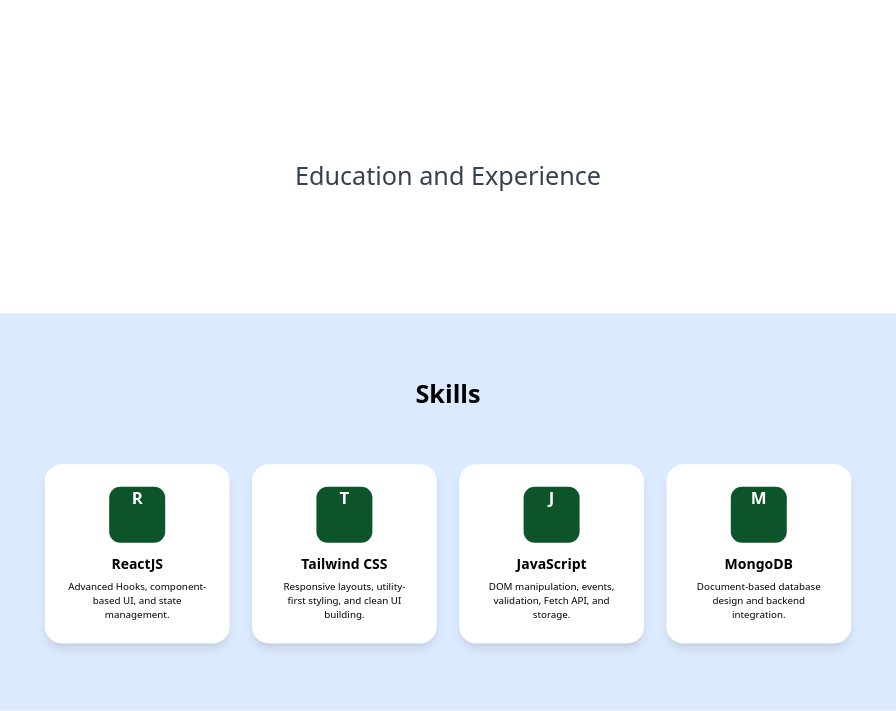
Repository: Rhaashee/myProfile
Page: index.html
An editor plug-in stored every save of this project. The page is shown before and after a run of saves, followed by the edit.
The browser window is 1280 px wide. The pictures show the part of the page from y = 1135 to 3055 px (the page is 2151 px tall before and 1895 px after), at 70% of full size.

Above is the page before, as saved 2026-04-27 16:38:33.
Console error: TypeError: Cannot read properties of null (reading 'style')

### index.html
<!-- MERN_Stu_FebMay26Mys\W4\D5\portfolio-project\index.html -->
<!DOCTYPE html>
<html lang="en">

<head>
    <meta charset="UTF-8">
    <meta name="viewport" content="width=device-width, initial-scale=1.0">

    <title>Week 3 & 4 Portfolio Project</title>

    <script src="https://cdn.jsdelivr.net/npm/@tailwindcss/browser@4"></script>

    <link rel="stylesheet" href="css/custom.css">

</head>

<body>
    <!-- HERO SECTION -->

    <section
        class="min-h-screen flex flex-col lg:flex-row lg:items-center lg:justify-between px-8 lg:px-16 py-20 gap-12 lg:gap-20">

        <div class="order-2 lg:order-1 flex-1 lg:max-w-lg text-center lg:text-left">

            <h1 class="text-5xl mb-6">Raashee L</h1>

            <p class="text-xl lg:text-2xl text-slate-600 font-bold mb-10 max-w-md mx-auto lg:mx-0">
                Full-Stack developer | MERN enthusiast | Competitive Programmer
            </p>

            <div
                class="flex flex-col sm:flex-row gap-4 justify-center lg:justify-start items-center lg:items-start mb-8">

                <a href="#projects" class="bg-red-400 hover:bg-green-500 px-10 py-4 rounded shadow-xl">
                    View Projects
                </a>

                <a href="#resume" class="bg-blue-400 hover:bg-green-500 px-10 py-4 rounded shadow-xl">
                    Download Resume
                </a>

            </div>

            <div class="flex flex-wrap gap-6 justify-center lg:justify-start text-sm font-bold">

                <span>100+ Github commits</span>
                <span>50 LeetCode Questions Solved</span>
                <span>1 live projects completed</span>

            </div>

        </div>

        <div class="order-1 lg:order-2 w-full lg:w-96 max-w-sm mx-auto lg:mx-0">

            <img src="assets/images/img.jpg" alt="My photo"
                class="aspect-square w-full rounded shadow-lg mx-auto lg:mx-0 hover:ring-blue-500 transition-all duration-300 hover:scale-[1.02]"
                loading="lazy">

        </div>

    </section>

    <!-- NAVBAR -->

    <nav class="sticky top-0 z-50 bg-white/95 backdrop-blur-md border-b shadow-lg">

        <div class="max-w-7xl mx-auto px-6 py-4 flex items-center justify-between">

            <a href="#"
                class="text-2xl font-bold bg-clip-text bg-gradient-to-r from-red-400 to-slate-700 text-transparent">
                RKR
            </a>

            <ul class="hidden md:flex items-center gap-10">

                <li><a href="#projects" class="text-lg font-bold hover:text-blue-600">Projects</a></li>

                <li><a href="#experience" class="text-lg font-bold hover:text-blue-600">Experience</a></li>

                <li><a href="#skills" class="text-lg font-bold hover:text-blue-600">Skills</a></li>

            </ul>
            <button id="theme-toggle" class="bg-blue-200 px-4 py-2 rounded font-bold">Theme</button>
            <a href="#contact" class="bg-red-400 hover:bg-green-500 rounded transition-all duration-300 px-8 py-3">
                Let's talk
            </a>

        </div>

    </nav>

    <!-- PROJECTS -->

    <section id="projects" class="py-24 px-8 lg:px-16">

        <div class="max-w-7xl mx-auto">

            <div class="text-center mb-10">

                <h2 class="text-4xl lg:text-5xl mb-6">My Projects</h2>

                <p class="text-xl max-w-2xl mx-auto">
                    Enterprise scale full-stack applications built with modern frameworks
                </p>

            </div>

            <!-- Project Search (Feature will attach here) -->

            <div class="mb-10 text-center">

                <input id="project-search" type="text" placeholder="Search projects..."
                    class="border rounded px-6 py-3 w-full max-w-md">

            </div>

            <!-- Project Filter Bar -->

            <div id="project-filters" class="flex flex-wrap justify-center gap-4 mb-12">
            </div>

            <!-- Dynamic container for projects -->

            <div id="projects-container" class="grid grid-cols-1 md:grid-cols-2 lg:grid-cols-3 gap-8">
            </div>

        </div>

    </section>

    <!-- EXPERIENCE -->

    <section id="experience" class="py-24 px-8 lg:px-16">

        <div class="max-w-4xl mx-auto">

            <h2 class="text-4xl text-gray-700 text-center mb-20">
                Education and Experience
            </h2>

            <!-- existing experience cards remain unchanged -->

        </div>

    </section>

    <!-- SKILLS -->

    <section id="skills" class="py-24 px-8 lg:px-16 bg-blue-100">

        <div class="max-w-7xl mx-auto">

            <h2 class="text-4xl text-center font-bold mb-20">
                Skills
            </h2>

            <!-- Dynamic Skills Container -->

            <div id="skills-container" class="grid grid-cols-1 md:grid-cols-2 lg:grid-cols-4 gap-8">
            </div>

        </div>

    </section>

    <!-- CONTACT MODAL -->

    <button id="modal-trigger"
        class="fixed bottom-8 right-8 w-16 h-16 bg-blue-900 text-white rounded-full shadow-2xl flex items-center justify-center text-2xl font-bold">
        ☏
    </button>

    <div id="contact-modal" class="fixed inset-0 z-50 hidden bg-black/50 backdrop-blur-md">

        <div class="flex items-center justify-center min-h-screen p-4">

            <div id="modal-content"
                class="bg-white w-full max-w-md rounded-2xl shadow-2xl scale-95 opacity-0 transition-all duration-300">

                <div class="sticky top-0 border-b p-8 pt-12 bg-white">

                    <h3 class="text-2xl font-bold">Contact Me</h3>

                    <button id="modal-close" class="absolute top-6 right-6 text-2xl font-bold">
                        ×
                    </button>

                </div>

                <form id="contact-form" class="p-8 space-y-4">

                    <input id="contact-name" type="text" placeholder="Your name"
                        class="w-full border rounded px-4 py-3">

                    <input id="contact-email" type="email" placeholder="email@website.com"
                        class="w-full border rounded px-4 py-3">

                    <p id="form-message" class="text-sm text-red-500"></p>

                    <div class="flex flex-col sm:flex-row gap-4 pt-4">

                        <button type="button" id="form-cancel" class="flex-1 font-bold py-4 px-6">
                            Cancel
                        </button>

                        <button type="submit" class="flex-1 font-bold py-4 px-6">
                            Submit
                        </button>

                    </div>

                </form>

            </div>

        </div>

    </div>
    <!-- SWIPE TO HOME BUTTON -->

    <button id="home-swiper"
        class="fixed bottom-8 left-8 bg-pink-200 text-white px-5 py-3 rounded-full shadow-xl hover:bg-blue-600 transition">
        Back to Home
    </button>
    <!-- MAIN JS ENTRY-->

    <script src="js/data/projects.js"></script>
    <script src="js/data/skills.js"></script>
    <script src="js/features/skills-render.js"></script>
    <script src="js/features/modal.js"></script>
    <script src="js/features/contact-validation.js"></script>
    <script src="js/features/theme-toggle.js"></script>
    <script src="js/features/project-search.js"></script>
    <script src="js/features/project-filter.js"></script>
    <script src="js/main.js"></script>
    <script src="js/features/BackToTop.js"></script>



</body>

</html>

### css/custom.css
.dark-mode{
    background-color: black;
    color: white;
}
.dark-mode nav{
    background-color: rgb(178, 173, 173);
    color: white;
}
.dark-mode section{
    background-color: rgb(0, 0, 0);
    color: white;
}
.dark-mode .bg-blue-100{
    background-color: rgb(235, 236, 240);
    color: rgb(153, 145, 145);
}
.dark-mode .bg-white{
    background-color: rgb(0, 0, 0);
}
.dark-mode .text-gray-700{
    color: white;
}

### js/data/projects.js
const projectsData = [
  {
    id: 1,
    name: "Virtual Herbal Garden – AYUSH Soap Products",
    category: "Web Development",
    description:
      "Designed an interactive platform for exploring herbal plants and their uses in AYUSH soap products, providing detailed plant and product information.",
    technologies: ["Python", "HTML", "CSS"],
    status: "Completed",
    liveDemo: "#",
    github: "#"
  },
  {
    id: 2,
    name: "AI-Integrated Feedback System for Teachers (Prototype)",
    category: "AI / NLP",
    description:
      "Built a prototype to automate student feedback collection and analysis using NLP techniques, enabling structured insights from textual responses.",
    technologies: ["Python", "Flask", "NLP"],
    status: "Prototype",
    liveDemo: "#",
    github: "#"
  },
  {
    id: 3,
    name: "Portfolio Website",
    category: "Frontend",
    description:
      "Responsive personal portfolio website showcasing projects, skills, and contact information.",
    technologies: ["HTML", "Tailwind CSS", "JavaScript"],
    status: "Live",
    liveDemo: "#",
    github: "#"
  },
  {
    id: 4,
    name: "Developer Stats Dashboard",
    category: "JavaScript",
    description:
      "Dynamic dashboard that loads developer statistics and profile insights using Fetch API.",
    technologies: ["JavaScript", "Fetch API", "JSON"],
    status: "Demo",
    liveDemo: "#",
    github: "#"
  }, {

    id: 5,
    name: "Land Leasing Platform for Farmers (Ongoing)",
    category: "Web Development",
    description:
      "Developing a web-based platform for secure land leasing with buyer and seller authentication, enabling transparent and efficient transactions.",
    technologies: ["HTML", "CSS", "JavaScript", "MySQL"],
    status: "Ongoing",
    liveDemo: "#",
    github: "#"
  }

];

### js/data/skills.js

const skillsData = [
  {
    id: 1,
    name: "ReactJS",
    shortLabel: "R",
    description: "Advanced Hooks, component-based UI, and state management."
  },
  {
    id: 2,
    name: "Tailwind CSS",
    shortLabel: "T",
    description: "Responsive layouts, utility-first styling, and clean UI building."
  },
  {
    id: 3,
    name: "JavaScript",
    shortLabel: "J",
    description: "DOM manipulation, events, validation, Fetch API, and storage."
  },
  {
    id: 4,
    name: "MongoDB",
    shortLabel: "M",
    description: "Document-based database design and backend integration."
  }
];

### js/features/skills-render.js
function renderSkills(){
    const skillsContainer = document.getElementById("skills-container");

    if(!skillsContainer){
        console.log("Skills Contianer not found");
        return;
    }
    skillsContainer.innerHTML = "";
    skillsData.forEach(function(skill){
        // to create outer card
        const card = document.createElement("div");
        card.className = "p-8 text-center bg-white rounded-3xl shadow-lg";

        // create icon
        const iconBox = document.createElement("div");
        iconBox.className = "w-20 h-20 mx-auto mb-4 bg-green-900 rounded-2xl flex item-center justify-center";

        // create icon
        const iconText = document.createElement("span");
        iconText.className = "text-2xl text-white font-bold"
        iconText.textContent = skill.shortLabel;

        // Put iconText inside iconBox
        iconBox.appendChild(iconText);

        // create a skill name
        const skillsName = document.createElement("h3");
        skillsName.className = "text-xl font-bold mb-2";
        skillsName.textContent = skill.name;

        // create skill description
        const skillDescription = document.createElement("p");
        skillDescription.className = "text-sm";
        skillDescription.textContent = skill.description;

        // append all child elements to card
        card.appendChild(iconBox);
        card.appendChild(skillsName);
        card.appendChild(skillDescription);

        // append card to skills container
        skillsContainer.appendChild(card);
    });
    console.log("Skills rendered successfully");
}

### js/features/modal.js
function initModal(){
    const modal = document.getElementById("contact-modal");
    const modalContent = document.getElementById("modal-content");
    const modalTrigger = document.getElementById("modal-trigger");
    const modalClose = document.getElementById("modal-close");
    const formCancel = document.getElementById("form-cancel");

    if(!modal || !modalContent || !modalTrigger || !modalClose || !formCancel){
        console.log("Modal element not found");
        return;
    }
    function openModal(){
        modal.classList.remove("hidden");

        setTimeout(function(){
            modalContent.classList.remove("scale-95","opacity-0");
        },10);
    }
    function closeModal(){
        modalContent.classList.add("scale-95","opacity-0");
        setTimeout(function(){
            modal.classList.add("hidden");
        },200);
    }
    modalTrigger.addEventListener("click",openModal);
    modalClose.addEventListener("click",closeModal);
    formCancel.addEventListener("click",closeModal);

    //close when clicking on backdrop
    modal.addEventListener("click",function(event){
        if(event.target === modal){
            closeModal();
        }
    });
    console.log("Modal opened successfully");
}

### js/features/contact-validation.js
function initContactValidation(){
    const contactModal = document.getElementById("contact-modal");
    const contactForm = document.getElementById("contact-form");
    const contactName = document.getElementById("contact-name");
    const contactEmail = document.getElementById("contact-email");
    const formMessage = document.getElementById("form-message");

    if(!contactModal || !contactForm || !contactName || !contactEmail || !formMessage){
        console.log("Contact form elements not found");
        return;
    }

    contactForm.addEventListener("submit",function(event){
        event.preventDefault();

        const name = contactName.value.trim();
        const email = contactEmail.value.trim();

        formMessage.textContent = "";
        formMessage.className = "text-sm";

        // Name validation
        if(name === ""){
            formMessage.textContent = "Name is required";
            formMessage.classList.add("text-red-500");
            contactName.focus();
            return;
        }
        if(name.length < 5){
            formMessage.textContent = "Name must be atleast 5 chars"
            formMessage.classList.add("text-red-500");
            contactName.focus();
            return;
        }
        // Email Validation
        if(email === ""){
            formMessage.textContent = "Email is required";
            formMessage.classList.add("text-red-500");
            contactEmail.focus();
            return;
        }
        const emailPattern = /^[^\s@]+@[^\s@]+\.[^\s@]+$/;

        if(!emailPattern.test(email)){
            formMessage.textContent = "Enter valid email";
            formMessage.classList.add("text-red-500");
            contactEmail.focus();
            return;
        }

        formMessage.textContent = "Meassage Submitted Sucessfully";
        formMessage.classList.add("text-green-600");
        console.log("Valid credentials : ",{name:name,email:email});
        contactForm.reset();
    });
    contactName.addEventListener("input",function(){
        formMessage.textContent = "";
    });
    contactEmail.addEventListener("input",function(){
        formMessage.textContent = "";
    });
}

### js/features/theme-toggle.js
function initThemeToggle(){
    const toggleBtn = document.getElementById("theme-toggle");
    const body = document.body;

    const savedTheme = localStorage.getItem("portfolio-theme");

    if(savedTheme === "dark"){
        body.classList.add("dark-mode");
    }
    toggleBtn.addEventListener("click",function(){
        body.classList.toggle("dark-mode");
        if(body.classList.contains("dark-mode")){
            localStorage.setItem("portfolio-theme","dark");
            console.log("Dark mode enanbled");
        }else{
            localStorage.setItem("portfolio-theme","light");
            console.log("Light mode enanbled");
        }
    });
}

### js/features/project-filter.js
function filterProject(){
    const projectsContainer = document.getElementById("projects-container");
    if(!projectsContainer){
        console.log("Project container not found");
        return;
    }
    const projectFilter = document.createElement("project-filter");
    if(!projectFilter){
        console.log("Project filter not found");
        return;
    }
    projectsContainer.innerHTML="";
    projectsData.forEach(function(project){
        //to create an outer card
        const card=document.createElement("div");
        card.className="p-8 text-center bg-white rounded-3xl shadow-lg";


        //create icon
        const iconBox=document.createElement("div");
        iconBox.className="w-20 h-20 mx-auto mb-4 flex item-center justify-center ";

        //create icon text
        const iconText=document.createElement("span");
        iconText.className="text-2xl text-white font-bold";
        iconText.textContent=project.shortLabel;

        //puts icontext inside iconbox
        iconBox.appendChild(iconText);

        //create the project name
        const projectName=document.createElement("h2");
        projectName.className="text-xl font-bold mb-2";
        projectName.textContent=project.name;

        //create project description
        const projectDescription=document.createElement("p");
        projectDescription.className="text-sm";
        projectDescription.textContent=project.description;

        //appending all child elements to card
        card.appendChild(iconBox);
        card.appendChild(projectName);
        card.appendChild(projectDescription);
        //append card to projects container
        projectsContainer.appendChild(card);
    });
    console.log("projects container successfully");
}

### js/main.js
document.addEventListener("DOMContentLoaded", function(){
    // Render Skills
    renderSkills();
    initModal();
    initContactValidation();
    initThemeToggle();
    SearchProjects();
})

### js/features/BackToTop.js
const swiperButton = document.getElementById("om-swiper");

// hide button in the first page
swiperButton.style.display = "none";

// when button is clicked -> go to home (top of page)
swiperButton.addEventListener("click", function () {
    window.scrollTo(0, 0);
});

// to show button only when scroll down
window.addEventListener("click",function(){
    if(this.window.scrollY>300){
        swiperButton.style.display = "block";
    }else{
        swiperButton.style.display = "none";
    }
});

Loaded but not shown: js/features/project-search.js (no stored copy; drawn as an empty file)

After the next 2 saves:
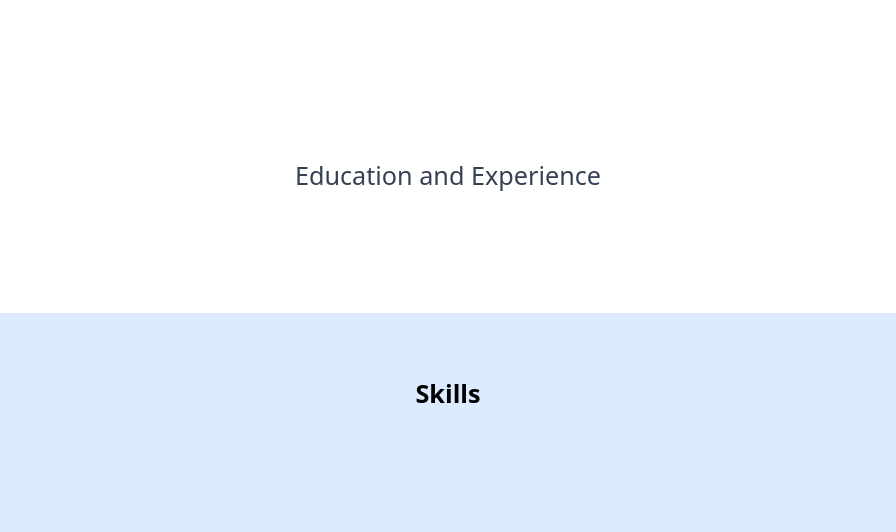
Console error: SyntaxError: Unexpected token ';'
The 2 saves are shown as one change because they came seconds apart.
The last was saved 2 min 30 s later.
--- a/js/data/skills.js
+++ b/js/data/skills.js
@@ -1,27 +1,93 @@
 
-const skillsData = [
+const skillsData = [[
   {
     id: 1,
-    name: "ReactJS",
-    shortLabel: "R",
-    description: "Advanced Hooks, component-based UI, and state management."
+    name: "Python",
+    shortLabel: "Py",
+    description: "Programming for data processing, backend logic, and machine learning applications."
   },
   {
     id: 2,
-    name: "Tailwind CSS",
-    shortLabel: "T",
-    description: "Responsive layouts, utility-first styling, and clean UI building."
+    name: "MySQL",
+    shortLabel: "SQL",
+    description: "Relational database management, queries, joins, and data handling."
   },
   {
     id: 3,
-    name: "JavaScript",
-    shortLabel: "J",
-    description: "DOM manipulation, events, validation, Fetch API, and storage."
+    name: "MongoDB",
+    shortLabel: "MDB",
+    description: "NoSQL database for handling unstructured data and scalable applications."
   },
   {
     id: 4,
-    name: "MongoDB",
-    shortLabel: "M",
-    description: "Document-based database design and backend integration."
+    name: "ExpressJS",
+    shortLabel: "Exp",
+    description: "Backend framework for building REST APIs and server-side applications."
+  },
+  {
+    id: 5,
+    name: "ReactJS",
+    shortLabel: "R",
+    description: "Component-based UI development with hooks and state management."
+  },
+  {
+    id: 6,
+    name: "NodeJS",
+    shortLabel: "Node",
+    description: "JavaScript runtime for building scalable backend services."
+  },
+  {
+    id: 7,
+    name: "Power BI",
+    shortLabel: "BI",
+    description: "Interactive dashboards and data visualization for business insights."
+  },
+  {
+    id: 8,
+    name: "Tableau",
+    shortLabel: "Tb",
+    description: "Data visualization and storytelling through charts and dashboards."
+  },
+  {
+    id: 9,
+    name: "Machine Learning",
+    shortLabel: "ML",
+    description: "Data preprocessing, supervised and unsupervised learning, and predictive modeling."
+  },
+  {
+    id: 10,
+    name: "NLP",
+    shortLabel: "NLP",
+    description: "Text processing and analysis using natural language processing techniques."
+  },
+  {
+    id: 11,
+    name: "Communication",
+    shortLabel: "Comm",
+    description: "Effective verbal and written communication in professional environments."
+  },
+  {
+    id: 12,
+    name: "Teamwork",
+    shortLabel: "Team",
+    description: "Collaborating efficiently with teams to achieve shared goals."
+  },
+  {
+    id: 13,
+    name: "Leadership",
+    shortLabel: "Lead",
+    description: "Guiding teams, taking initiative, and decision-making."
+  },
+  {
+    id: 14,
+    name: "Adaptability",
+    shortLabel: "Adapt",
+    description: "Quickly adjusting to new technologies and changing environments."
+  },
+  {
+    id: 15,
+    name: "Presentation Skills",
+    shortLabel: "Pres",
+    description: "Delivering ideas clearly and confidently to an audience."
   }
 ];

After the save that followed:
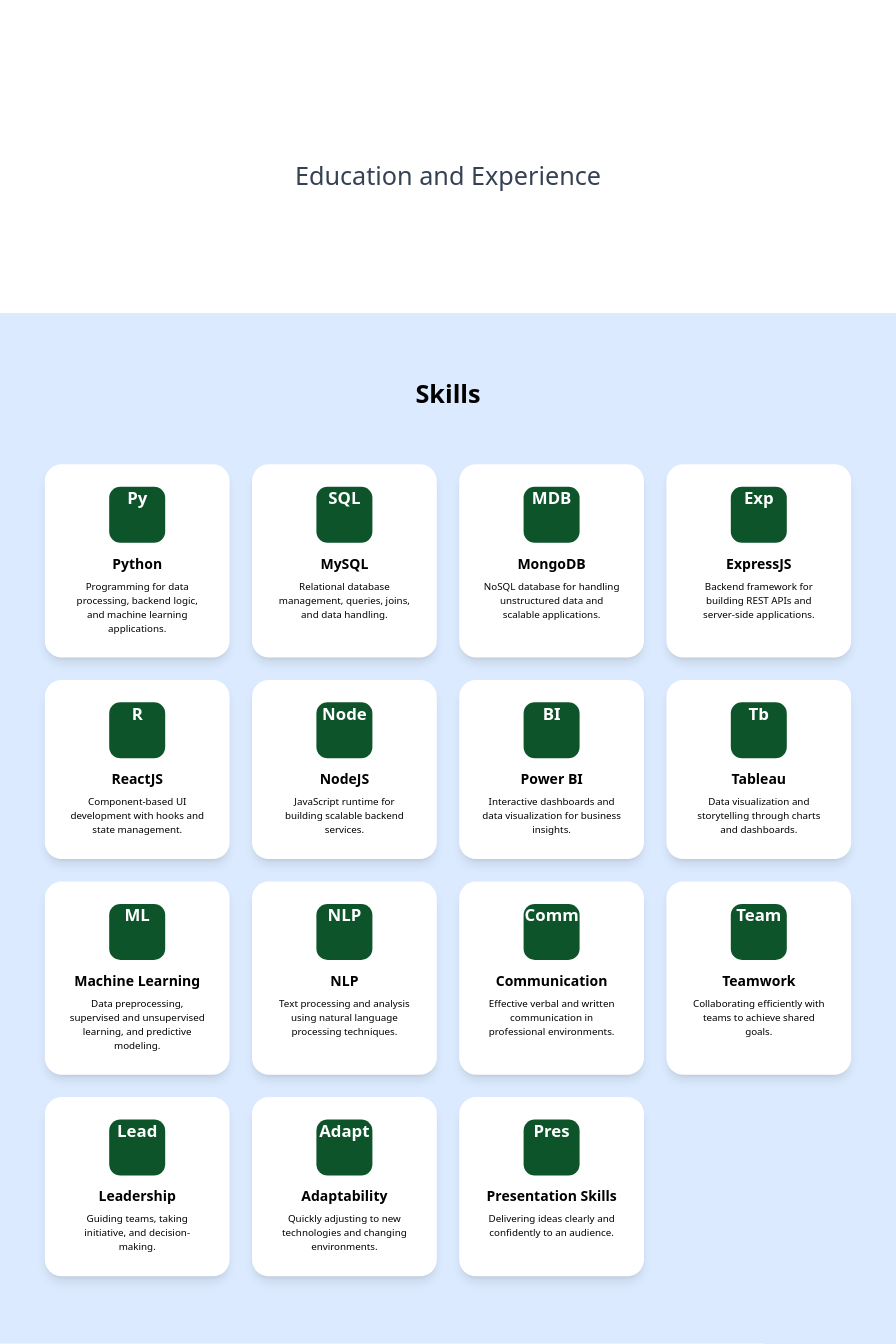
Console error: TypeError: Cannot read properties of null (reading 'style')
Saved 5 s later.
--- a/js/data/skills.js
+++ b/js/data/skills.js
@@ -1,5 +1,5 @@
 
-const skillsData = [[
+const skillsData = [
   {
     id: 1,
     name: "Python",
